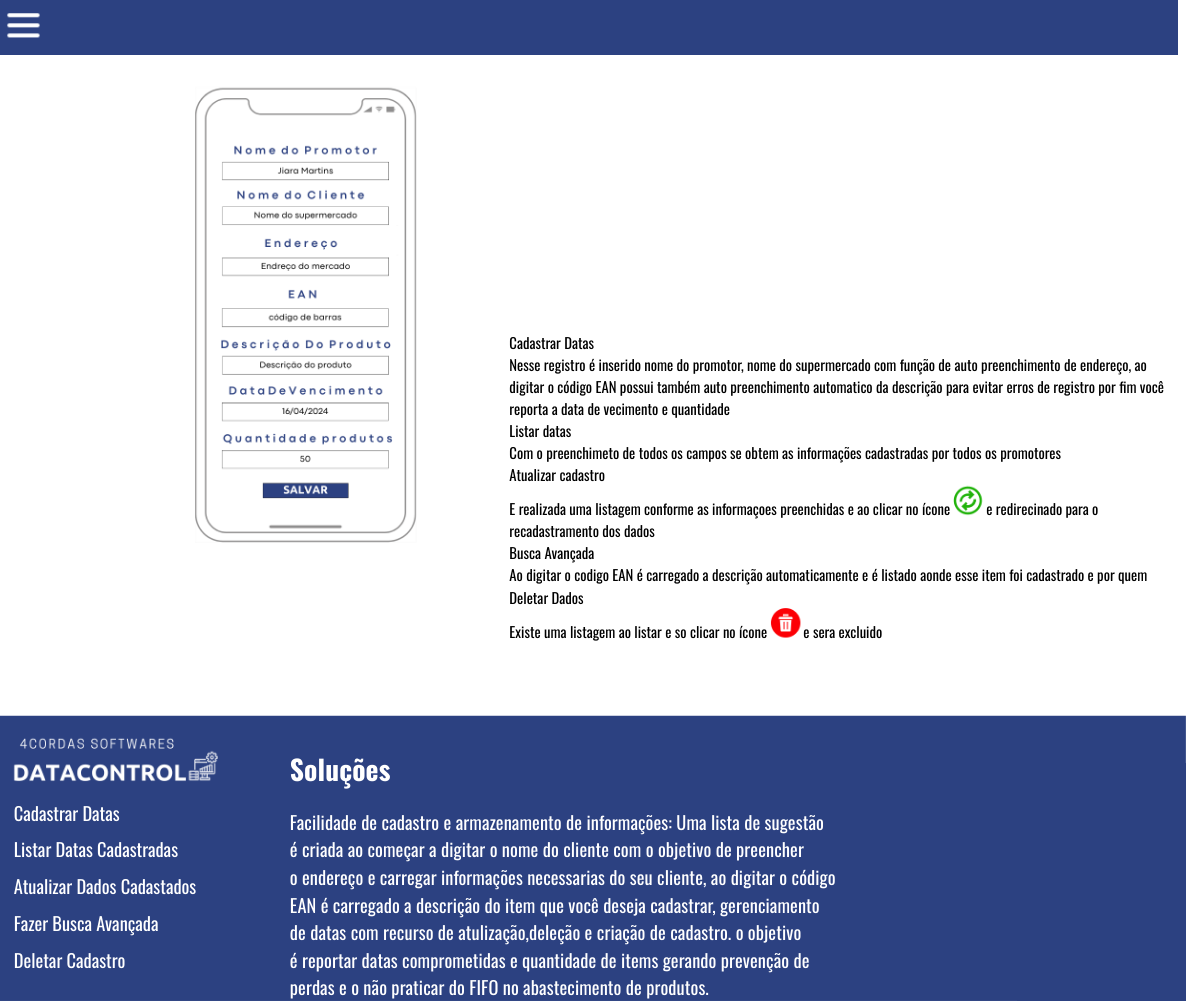
Repository: alfredo-allan/ControleDeDatasFrontEnd
Page: index.html
The author's editor kept a copy of each file at every save. The page is drawn from the files as they stood at one save, then again after the next save.
The browser window is 1280 px wide. The page is 1289 px wide, so the pictures cover 1289 px, including what lies to the right of the window. The pictures show the whole page, at 92% of full size.

Above is the page before, as saved 2024-04-30 14:33:06.
Console error: TypeError: Cannot read properties of null (reading 'addEventListener')

After the next save:
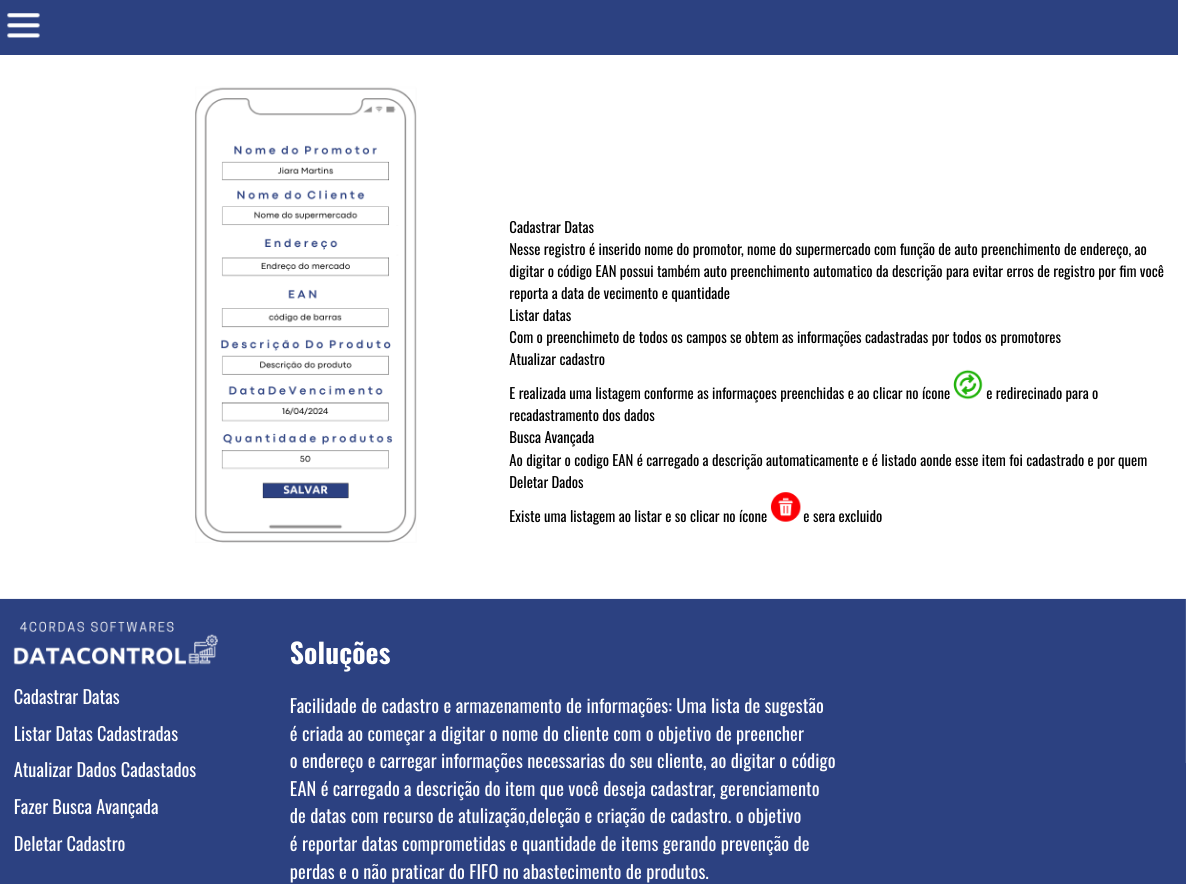
Saved 8 s later.
--- a/style/style.css
+++ b/style/style.css
@@ -446,7 +446,7 @@ button:focus {
   flex-direction: column;
   justify-content: center;
   margin-left: 40%;
-  margin-top: -20%;
+  margin-top: -30%;
   li {
     list-style: none;
   }
